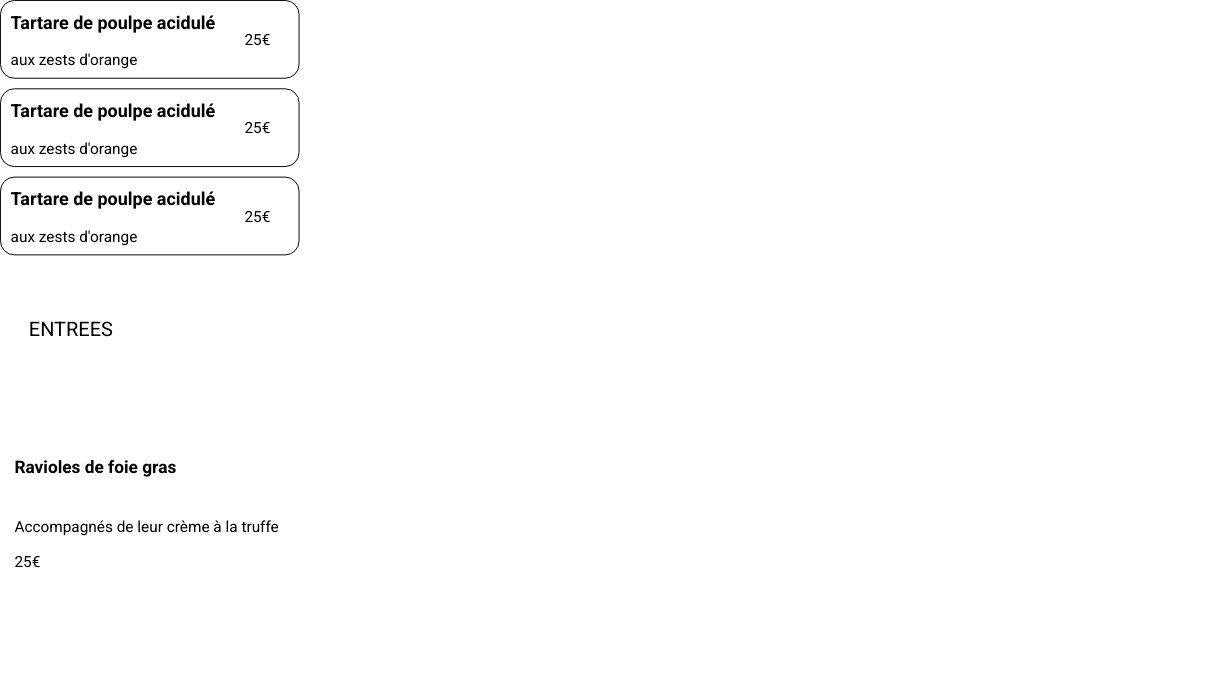
Repository: lysianebo/OHMYFOOD
Page: sass/layout/perso/snipped.html
The author's editor kept a copy of each file at every save. The page is drawn from the files as they stood at one save, then again after the next save.
The browser window is 1280 px wide. The pictures show the whole page, at 96% of full size.
Some web fonts or font styles are not loaded; a fallback is used. Some web libraries are served in a nearby version.

Above is the page before, as saved 2022-11-16 04:35:26.

### sass/layout/perso/snipped.html
<!DOCTYPE html>
<html lang="en">
<head>
    <meta charset="UTF-8">
    <meta http-equiv="X-UA-Compatible" content="IE=edge">
    <meta name="viewport" content="width=device-width, initial-scale=1.0">
    <link rel="stylesheet" href="snipped.css"/>

    <title>Document</title>
</head>
<body>
    <div class="container">
        <div class="card">
          <div class="part1">
            <h3>
              Tartare de poulpe acidulé
            </h3>
            <p>
              aux zests d'orange
            </p>
          </div>
          <div class="part2">
              25€
          </div>
           <div class="snipped">
              <i class="fas fa-check-circle"></i>
          </div>
        </div>
        <div class="card">
          <div class="part1">
            <H3>
              Tartare de poulpe acidulé
            </H3>
            <p>
              aux zests d'orange
            </p>
          </div>
          <div class="part2">
              25€
          </div>
          <div class="snipped">
              <i class="fas fa-check-circle"></i>
          </div>
        </div>
         <div class="card">
          <div class="part1">
            <H3>
              Tartare de poulpe acidulé
            </H3>
            <p>
              aux zests d'orange
            </p>
          </div>
          <div class="part2">
              25€
          </div>
          <div class="snipped">
              <i class="fas fa-check-circle"></i>
          </div>
        </div>
      </div>

      <div class="menu">
        <div class="entrees">
            <h5 class="bordered-bottom">entrees</h5>
            <div class="detail">
                <h6>Ravioles de foie gras</h6>
                <p>Accompagnés de leur crème à la truffe</p>
                <span class="prix">25€
                <span class="valider"><i class="fas fa-check-circle"></i></span></span>
            </div>




</body>
</html>

### sass/layout/perso/snipped.css
@import url('https://fonts.googleapis.com/css2?family=Roboto:wght@400;500;700;900&display=swap');
@import url('https://fonts.googleapis.com/css2?family=Shrikhand&display=swap');
@import url('https://cdnjs.cloudflare.com/ajax/libs/font-awesome/6.1.2/css/all.css');


@keyframes slidein {
    from { transform: translate(0,10px);opacity:0 }
    to   { transform: translate(0,0px);opacity:1 }
  }

  .container>.card {
    margin-bottom: 10px;
  }
  .container>.card:nth-child(1) {
    margin-bottom: 10px;
    animation: slidein 1s ease-in;
  }
  .container>.card:nth-child(2) {
    margin-bottom: 10px;
    animation: slidein 1s ease-in 0.33s;
  }
  .container>.card:nth-child(3) {
    margin-bottom: 10px;
    animation: slidein 1s ease-in 0.66s;
  }
  .card {
    height: 80px;
    width: 300px;
    padding-left: 10px;
    border: 1px solid black;
    border-radius: 15px;
    display: flex;
    align-items: center;
    overflow: hidden;
  }

  .part1 {
    width: 250px;
    transition: width 1s;
  }

  .part1>h3 {
    overflow: hidden;
    white-space: nowrap;
    text-overflow: ellipsis;
  }

  .part1>p {
    overflow: hidden;
    white-space: nowrap;
    text-overflow: ellipsis;
  }

  .part2 {
    width: 100px;
    text-align: center;
    z-index: 5;
  }

  .snipped {
    display: flex;
    border-top-right-radius: 15px;
    border-bottom-right-radius: 15px;
    background-color: green;
    width: 0px;
    opacity: 0;
    height: 100%;
    justify-content: center;
    align-items: center;
    transition: width 5s, opacity 1s;
  }

  .fa-check-circle {
    color: white;
    font-size: 20px;
    transition: transform 1.5s;
  }

  .card:hover .snipped {
    width: 100px;
    opacity: 1;
  }

  .card:hover .fa-check-circle {
    transform: rotate(360deg);
  }

  .card:hover .part1 {
    width: 180px;
  }
/* ***************typography   */
body{
    font-family: Roboto, sans-serif;
    font-size: 16px;
    margin:0;
    padding: 0;
}
h5 {
    text-transform: uppercase;
    font-size: 130%;
    font-weight: 100;
    padding: 30px;
}
h6{
    font-size: 18px;
    font-weight: 700;

}
/* ***************** bouton detail ********* */
.detail {
    padding: 15px;
    border-radius: 15px;
    position: relative;
    width: 90%;
    margin-bottom: 30px;
        background-color: gre;
        color: $colour-black;
        box-shadow: 2px 3px 5px 4px $colour-gray;

        &:hover{
            background-color: lighten($colour-primary, 35);
            box-shadow: 5px 7px 8px rgb(210, 210, 210);

        }
        &.detail{
            background-color: $colour-white;
            :hover{
                background-color: none;
            }
        }
        @include media{
            width: 30%;
        }
        }
}

After the next save:
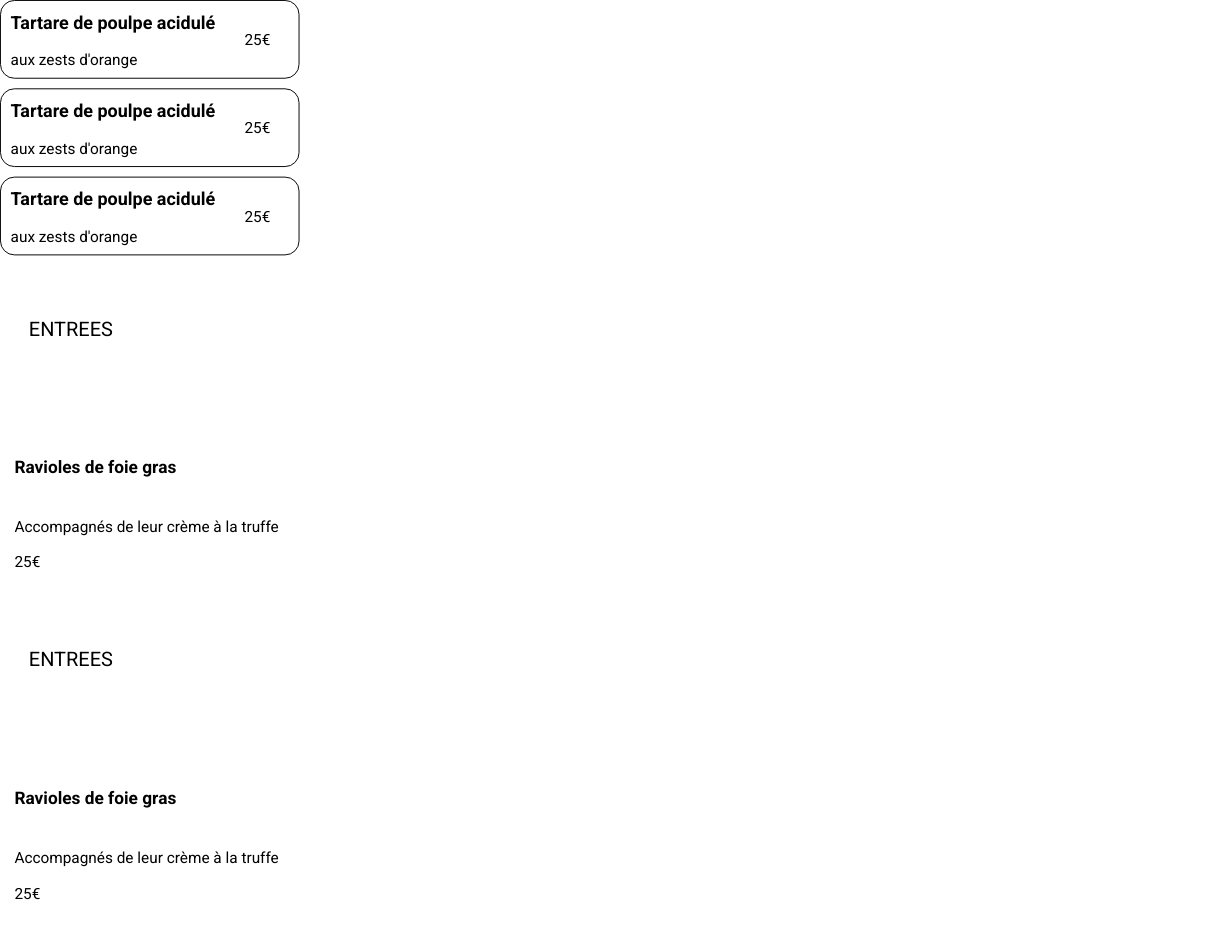
Saved 14 s later.
--- a/sass/layout/perso/snipped.html
+++ b/sass/layout/perso/snipped.html
@@ -69,6 +69,15 @@
                 <span class="prix">25€
                 <span class="valider"><i class="fas fa-check-circle"></i></span></span>
             </div>
+            <div class="menu">
+                <div class="entrees">
+                    <h5 class="bordered-bottom">entrees</h5>
+                    <div class="detail">
+                        <h6>Ravioles de foie gras</h6>
+                        <p>Accompagnés de leur crème à la truffe</p>
+                        <span class="prix">25€
+                        <span class="valider"><i class="fas fa-check-circle"></i></span></span>
+                    </div>
 
 
 
